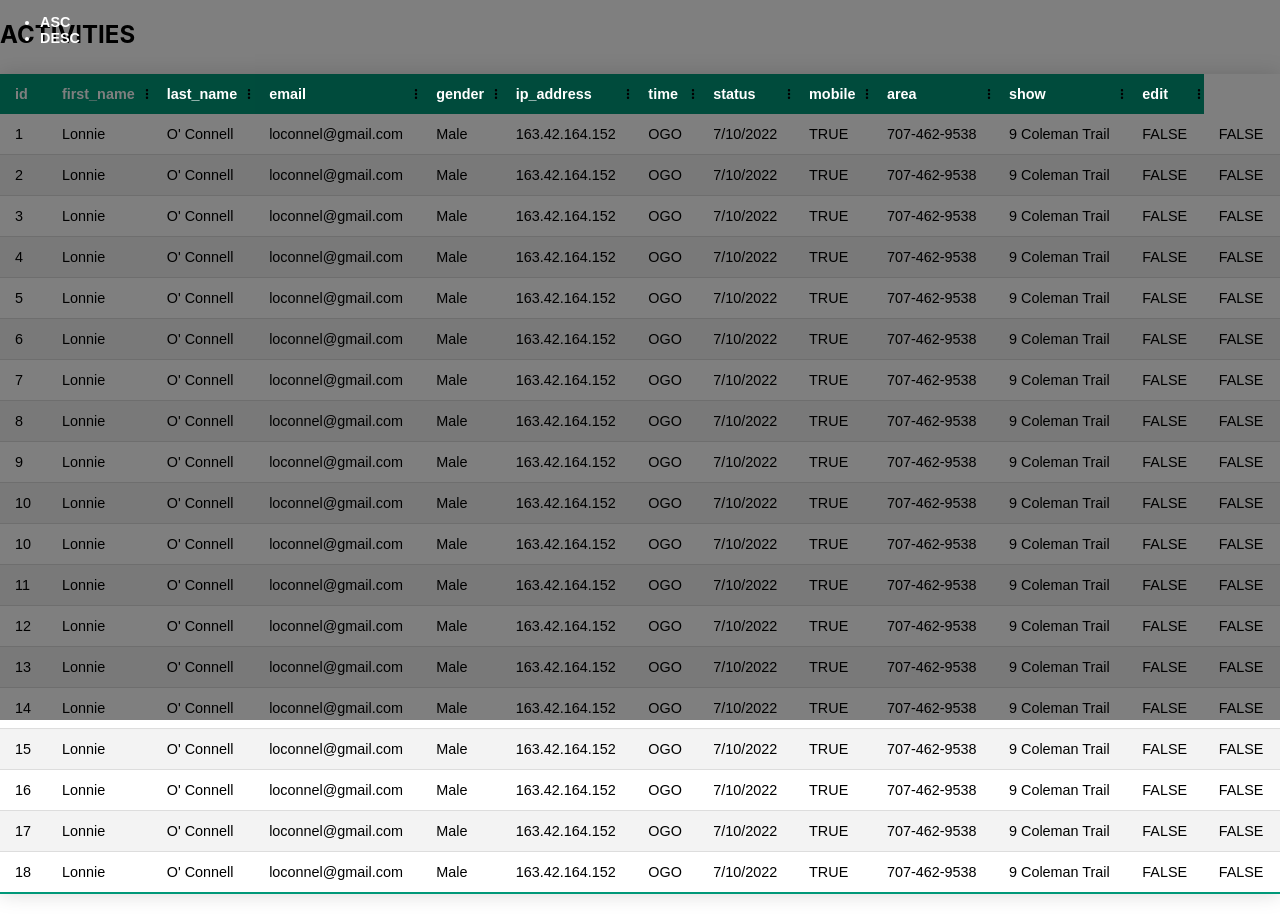
Repository: kartik077-cr7/Ckart
Page: /, after clicking the first element matching `img`
The author's editor kept a copy of each file at every save. The page is drawn from the files as they stood at one save, then again after the next save.
The browser window is 1280 px wide. The pictures show the whole page.
The project was rebuilt for these pictures with package versions that can differ from the ones it lists, and the page was loaded fresh each time.

Above is the page before, as saved 2022-12-10 17:53:36.

### src/App.js
import Table from "./components/Table";
import './App.css';

const driversData = [
  {
    id: 1,
    first_name: "Lonnie",
		last_name: "O' Connell ",
		email: "loconnel@gmail.com",
		gender: "Male",
		ip_address: "163.42.164.152",
		airport_code:"OGO",
		time:"7/10/2022",
		status:"TRUE",
		mobile:"707-462-9538",
		area: "9 Coleman Trail",
		show: "FALSE",
		edit: "FALSE"
  },
  {
    id: 2,
    first_name: "Lonnie",
		last_name: "O' Connell ",
		email: "loconnel@gmail.com",
		gender: "Male",
		ip_address: "163.42.164.152",
		airport_code:"OGO",
		time:"7/10/2022",
		status:"TRUE",
		mobile:"707-462-9538",
		area: "9 Coleman Trail",
		show: "FALSE",
		edit: "FALSE"
  },
  {
    id: 3,
    first_name: "Lonnie",
		last_name: "O' Connell ",
		email: "loconnel@gmail.com",
		gender: "Male",
		ip_address: "163.42.164.152",
		airport_code:"OGO",
		time:"7/10/2022",
		status:"TRUE",
		mobile:"707-462-9538",
		area: "9 Coleman Trail",
		show: "FALSE",
		edit: "FALSE"
  },
  {
    id: 4,
    first_name: "Lonnie",
		last_name: "O' Connell ",
		email: "loconnel@gmail.com",
		gender: "Male",
		ip_address: "163.42.164.152",
		airport_code:"OGO",
		time:"7/10/2022",
		status:"TRUE",
		mobile:"707-462-9538",
		area: "9 Coleman Trail",
		show: "FALSE",
		edit: "FALSE"
  },
  {
    id: 5,
		first_name: "Lonnie",
		last_name: "O' Connell ",
		email: "loconnel@gmail.com",
		gender: "Male",
		ip_address: "163.42.164.152",
		airport_code:"OGO",
		time:"7/10/2022",
		status:"TRUE",
		mobile:"707-462-9538",
		area: "9 Coleman Trail",
		show: "FALSE",
		edit: "FALSE"
  },
  {
    id: 6,
		first_name: "Lonnie",
		last_name: "O' Connell ",
		email: "loconnel@gmail.com",
		gender: "Male",
		ip_address: "163.42.164.152",
		airport_code:"OGO",
		time:"7/10/2022",
		status:"TRUE",
		mobile:"707-462-9538",
		area: "9 Coleman Trail",
		show: "FALSE",
		edit: "FALSE"
  },
  {
    id: 7,
		first_name: "Lonnie",
		last_name: "O' Connell ",
		email: "loconnel@gmail.com",
		gender: "Male",
		ip_address: "163.42.164.152",
		airport_code:"OGO",
		time:"7/10/2022",
		status:"TRUE",
		mobile:"707-462-9538",
		area: "9 Coleman Trail",
		show: "FALSE",
		edit: "FALSE"
  },
  {
    id: 8,
		first_name: "Lonnie",
		last_name: "O' Connell ",
		email: "loconnel@gmail.com",
		gender: "Male",
		ip_address: "163.42.164.152",
		airport_code:"OGO",
		time:"7/10/2022",
		status:"TRUE",
		mobile:"707-462-9538",
		area: "9 Coleman Trail",
		show: "FALSE",
		edit: "FALSE"
  },
  {
    id: 9,
		first_name: "Lonnie",
		last_name: "O' Connell ",
		email: "loconnel@gmail.com",
		gender: "Male",
		ip_address: "163.42.164.152",
		airport_code:"OGO",
		time:"7/10/2022",
		status:"TRUE",
		mobile:"707-462-9538",
		area: "9 Coleman Trail",
		show: "FALSE",
		edit: "FALSE"
  },
  {
    id: 10,
    first_name: "Lonnie",
		last_name: "O' Connell ",
		email: "loconnel@gmail.com",
		gender: "Male",
		ip_address: "163.42.164.152",
		airport_code:"OGO",
		time:"7/10/2022",
		status:"TRUE",
		mobile:"707-462-9538",
		area: "9 Coleman Trail",
		show: "FALSE",
		edit: "FALSE"
  },
  {
    id: 10,
		first_name: "Lonnie",
		last_name: "O' Connell ",
		email: "loconnel@gmail.com",
		gender: "Male",
		ip_address: "163.42.164.152",
		airport_code:"OGO",
		time:"7/10/2022",
		status:"TRUE",
		mobile:"707-462-9538",
		area: "9 Coleman Trail",
		show: "FALSE",
		edit: "FALSE"

  },
  {
    id: 11,
    first_name: "Lonnie",
		last_name: "O' Connell ",
		email: "loconnel@gmail.com",
		gender: "Male",
		ip_address: "163.42.164.152",
		airport_code:"OGO",
		time:"7/10/2022",
		status:"TRUE",
		mobile:"707-462-9538",
		area: "9 Coleman Trail",
		show: "FALSE",
		edit: "FALSE"
  },
  {
    id: 12,
    first_name: "Lonnie",
		last_name: "O' Connell ",
		email: "loconnel@gmail.com",
		gender: "Male",
		ip_address: "163.42.164.152",
		airport_code:"OGO",
		time:"7/10/2022",
		status:"TRUE",
		mobile:"707-462-9538",
		area: "9 Coleman Trail",
		show: "FALSE",
		edit: "FALSE"
  },
  {
    id: 13,
		first_name: "Lonnie",
		last_name: "O' Connell ",
		email: "loconnel@gmail.com",
		gender: "Male",
		ip_address: "163.42.164.152",
		airport_code:"OGO",
		time:"7/10/2022",
		status:"TRUE",
		mobile:"707-462-9538",
		area: "9 Coleman Trail",
		show: "FALSE",
		edit: "FALSE"
  },
  {
    id: 14,
		first_name: "Lonnie",
		last_name: "O' Connell ",
		email: "loconnel@gmail.com",
		gender: "Male",
		ip_address: "163.42.164.152",
		airport_code:"OGO",
		time:"7/10/2022",
		status:"TRUE",
		mobile:"707-462-9538",
		area: "9 Coleman Trail",
		show: "FALSE",
		edit: "FALSE"
  },
  {
    id: 15,
		first_name: "Lonnie",
		last_name: "O' Connell ",
		email: "loconnel@gmail.com",
		gender: "Male",
		ip_address: "163.42.164.152",
		airport_code:"OGO",
		time:"7/10/2022",
		status:"TRUE",
		mobile:"707-462-9538",
		area: "9 Coleman Trail",
		show: "FALSE",
		edit: "FALSE"
  },
  {
    id: 16,
		first_name: "Lonnie",
		last_name: "O' Connell ",
		email: "loconnel@gmail.com",
		gender: "Male",
		ip_address: "163.42.164.152",
		airport_code:"OGO",
		time:"7/10/2022",
		status:"TRUE",
		mobile:"707-462-9538",
		area: "9 Coleman Trail",
		show: "FALSE",
		edit: "FALSE"
  },
  {
    id: 17,
		first_name: "Lonnie",
		last_name: "O' Connell ",
		email: "loconnel@gmail.com",
		gender: "Male",
		ip_address: "163.42.164.152",
		airport_code:"OGO",
		time:"7/10/2022",
		status:"TRUE",
		mobile:"707-462-9538",
		area: "9 Coleman Trail",
		show: "FALSE",
		edit: "FALSE"
  },
  {
    id: 18,
		first_name: "Lonnie",
		last_name: "O' Connell ",
		email: "loconnel@gmail.com",
		gender: "Male",
		ip_address: "163.42.164.152",
		airport_code:"OGO",
		time:"7/10/2022",
		status:"TRUE",
		mobile:"707-462-9538",
		area: "9 Coleman Trail",
		show: "FALSE",
		edit: "FALSE"
  },
];


function App() {
  return (
    <div className="App">
			<Table
			   data = {driversData}
			   headingColumns={["id","first_name","last_name","email","gender","ip_address","time","status","mobile","area","show","edit"]}
				 title = "Activities"
			/>
    </div>
  );
}

export default App;

### src/components/Table.js
import React from "react";
import Column from "./Column";

const Table = ({ data,headingColumns,title,handleFilter,sortedCol }) => {

	const rowDatas = data.map((row,index) => {

		let rowData = [];
		let i = 0;

		for(const key in row){
			rowData.push({
				key: headingColumns[i],
				val: row[key]
			});
			i++;
		}

		const checkStatus = (data) => {
			if(data.key == 'status')
			{
				if(data.val == 'FALSE')
				  return 'red';
				else
				  return 'green';
			}
			else
			  return '';
		}

		return <tr key={index}>
		{rowData.map((data, index) => <td key={index} className={checkStatus(data)}  data-heading={data.key}>{data.val}</td>)}
	  </tr>
	})

	return (
		<div className="table-container">
			<div className="table-title">
				<h2>{title.toUpperCase()}</h2>
			</div>
			<table className="table-class">
				<thead>
					<tr>
						{headingColumns.map((col,index) => (
							<Column sortedCol={sortedCol} handleFilter={handleFilter} key={index} column_name={col} index={index}/>
						))}
					</tr>
				</thead>
				<tbody>
					{rowDatas}
				</tbody>
			</table>
		</div>
	)
}

export default Table;

### src/App.css
.table-container{
	width: 100%;
}
.table-class{
	width: 100%;
	border-collapse: collapse;
	margin: 25px 0;
	font-size: 0.9em;
	font-family: sans-serif;
	min-width: 400px;
	box-shadow: 0 0 20px rgba(0, 0, 0, 0.15);
}

.table-class thead tr {
	background-color: #009879;
	color: #ffffff;
	text-align: left;
}

.table-class th,
.table-class td {
    padding: 12px 15px;
}

.table-class tbody tr {
	border-bottom: 1px solid #dddddd;
}

.table-class tbody tr:nth-of-type(even) {
	background-color: #f3f3f3;
}

.table-class tbody tr:last-of-type {
	border-bottom: 2px solid #009879;
}

.table-class tbody tr.active-row {
	font-weight: bold;
	color: #009879;
}


.modal {
	position: fixed;
	left: 0;
	top: 0;
	right: 0;
	bottom: 0;
	background-color: rgba(0,0,0,0.5);
}

.modal-body{
	padding: 0px;
}

### src/components/Column.js
import React from 'react';
import { useState } from 'react';
import Dots from "../svg/vertical_dot.svg";
import Modal from './Modal';

const Column = ({column_name,index}) => {

	const [open, setOpen] = useState(false);

	const handleOpen = () => {
		console.log("opening modal ");
		setOpen(true);
	};

	const handleClose = () => {
    setOpen(false);
	};

	return (
		<th key = {index} style={{position:"relative"}}>
			{column_name}
			{open && <Modal/>}
			{ index !== 0 && <img
			  onClick = {handleOpen}
				src = {Dots}
				style={{
					width: "10px",
					height: "10px",
					top: "15px",
					right: "0px",
					position: "absolute",
					cursor: "pointer",
				}}
			 />
			}
		</th>
	)
};

export default Column;

### src/components/Modal.js
import React from "react";

const Modal = () => {

	return(
		<div className="modal">
		    <ul>
					<li>ASC</li>
					<li>DESC</li>
				</ul>
		</div>
	)
};

export default Modal;

Loaded but not shown: public/index.html (common file); src/index.js (common file); src/index.css (common file); src/reportWebVitals.js (common file)

After the next save:
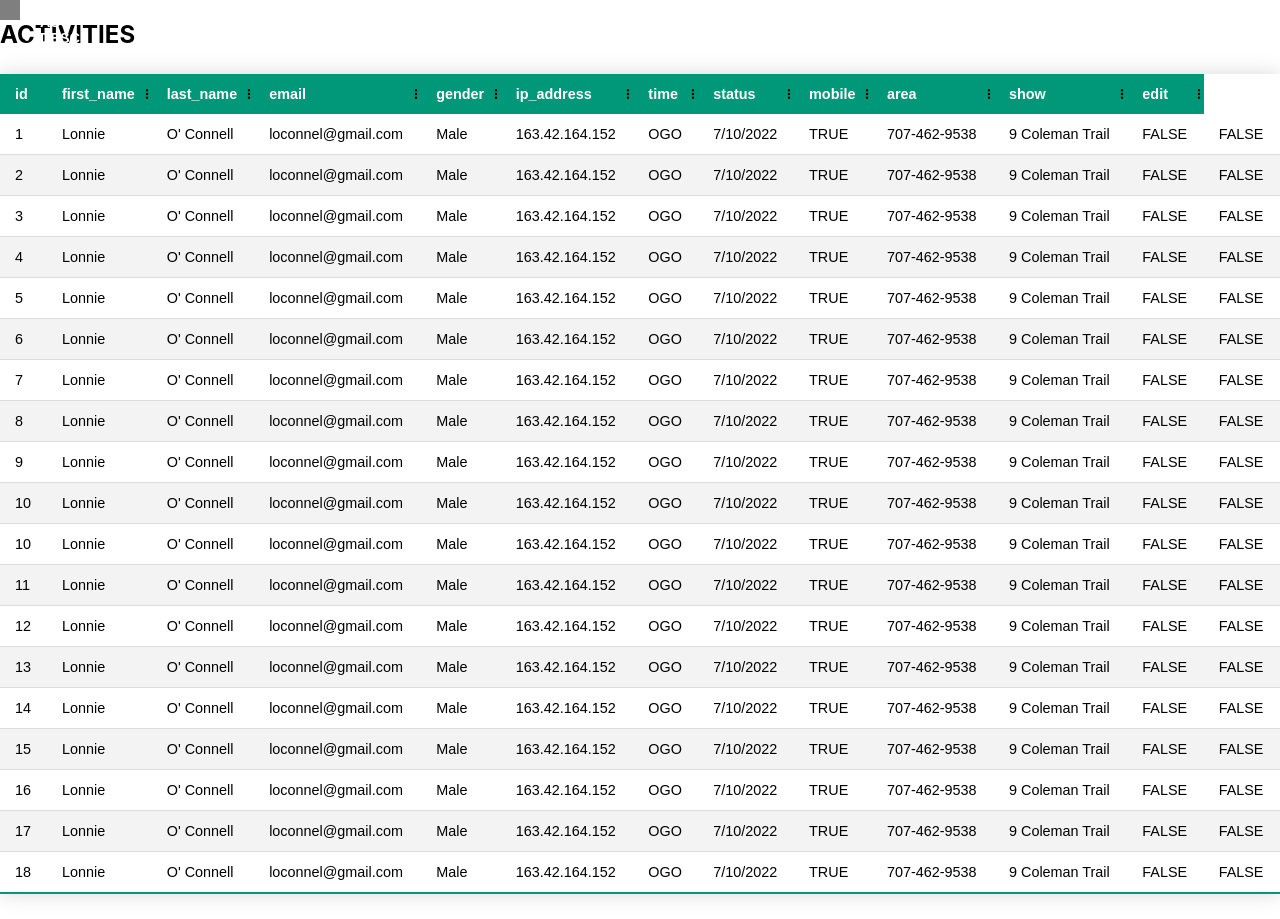
Saved 19 s later.
--- a/src/App.css
+++ b/src/App.css
@@ -47,6 +47,8 @@
 	right: 0;
 	bottom: 0;
 	background-color: rgba(0,0,0,0.5);
+	height: 20px;
+	width: 20px;
 }
 
 .modal-body{
